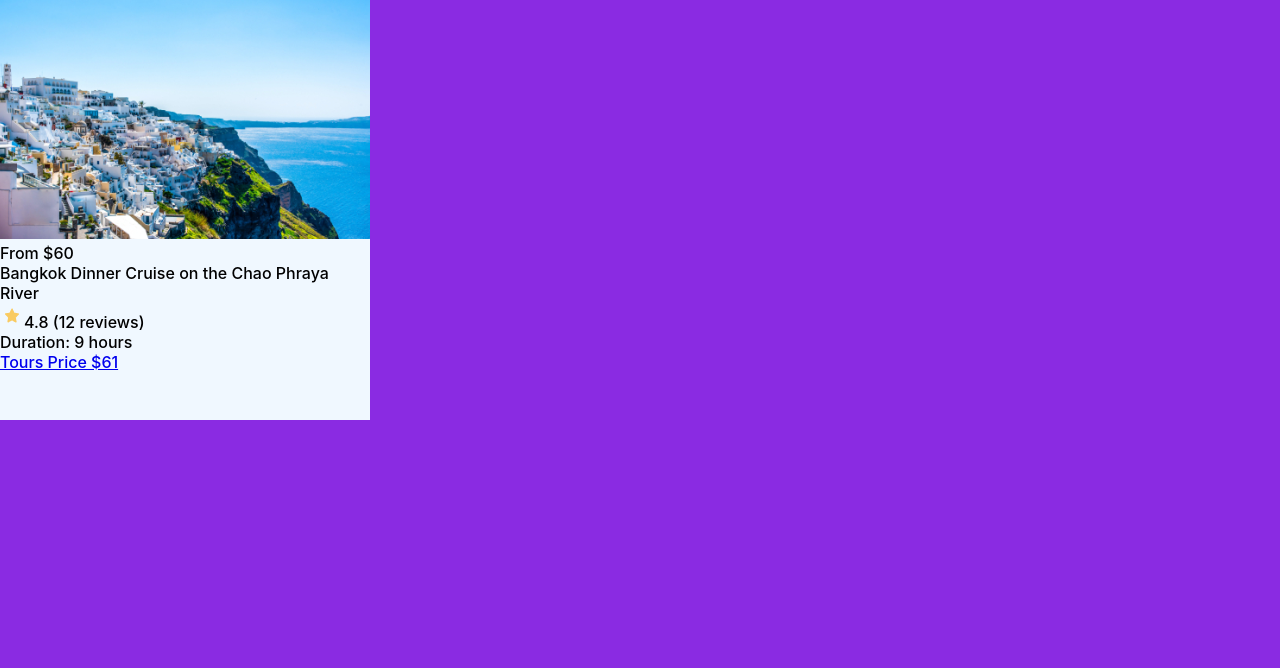
Repository: nguyentuankiet-k61/K_IT-demo
Page: index.html
The author's editor kept a copy of each file at every save. The page is drawn from the files as they stood at one save, then again after the next save.
The browser window is 1280 px wide. The pictures show the whole page.
Some web fonts or font styles are not loaded; a fallback is used.

Above is the page before, as saved 2022-09-25 12:25:00.

### index.html
<!DOCTYPE html>
<html lang="en">
<head>
    <meta charset="UTF-8">
    <meta http-equiv="X-UA-Compatible" content="IE=edge">
    <meta name="viewport" content="width=device-width, initial-scale=1.0">
    <title>HTML CSS Master</title>
    <link rel = "preconnect" href = "https://fonts.googleapis.com">
    <link rel = "preconnect" href = "https://fonts.gstatic.com" crossorigin>
    <link href = "https: //fonts.googleapis.com/css2? family = Inter: wght @ 500; 600 & display = swap "rel =" stylesheet ">
    <link rel="stylesheet" href="./CSS/app.css">
</head>
<body>
 <div class="">
    <div class="Tours">
        <!-- <div class="Tours_top">
            <img src="./image/img1.png" alt="this_is_image"/>From $40
        </div>
        <div class="Tours_content">

            <div class="Tours_titlle">Thailands Ayutthaya Temples
                Cruise from Bangkok</div>

            <div class="Tours_ratting">
                <div class="Tours_review">
                    <div class="Tours_review_count">
                        <img src="./image/img-star.png" alt="tours-ratting"/>4.8 (12 reviews)
                    </div>
                    <div class="Tours_Duration">Duration: 9 hours</div>
                </div>
            </div>
            <a href="https://www.facebook.com/kutooo" target="_blank"
            rel="noopener noreferrer" class="Tours-botton">Tours Price $61</a></br>
        <div class="Tours_top">
            <img src="./image/img1.png" alt="this_is_image"/>From $70
        </div>
        <div class="Tours_content">
            <div class="Tours_titlle">
                FLoating Markets Day Trip from
                Bangkok
            </div>
            <div class="Tours_ratting">
                <div class="Tours_review_count">
                    <img src="./image/img-star.png" alt="tours-ratting"/>4.8 (12 reviews)

                </div>
                <div class="Tours_Duration">
                    Duration: 9 hours
                </div>
            </div>
            <a href="https://www.facebook.com/kutooo" target="_blank"
            rel="noopener noreferrer"
            class="Tours_botton">Tours Price $61</a></br>
        </div>
        </div> -->
        <div class="Tours_top">
            <img src="./image/img3.png" alt="this_is_image"/>From $60
             <div class="Tours_content">
                <div class="Tours_titlle">
                    Bangkok Dinner Cruise on the
                    Chao Phraya River
                </div>
                <div class="Tours_ratting">
                    <div class="Tours_review_count">
                        <img src="./image/img-star.png" alt="tours-ratting"/>4.8 (12 reviews)

                    </div>
                    <div class="Tours_Ducatiom">
                        Duration: 9 hours
                    </div>
                </div>
               <a href="https://www.facebook.com/kutooo" target="_blank"
               rel="noopener noreferrer"
               class="Tours_botton">Tours Price $61</a>
            </div>
        </div>
    </div>
 </div>
</body>
</html>

### CSS/app.css
*{
    margin: 0;
    padding: 0;
    box-sizing: border-box;
}
body{
    font-family: 'Inter', sans-serif;
    font-weight: 500;
    background-color: blueviolet;
}
.Tours{
    width: 370px;
    height: 420px;
    background-color: aliceblue;
}
.Tours_content{{
    /* width: 330px;
    height:147px; */
    padding: 259px 20px 14px;
}}

After the next save:
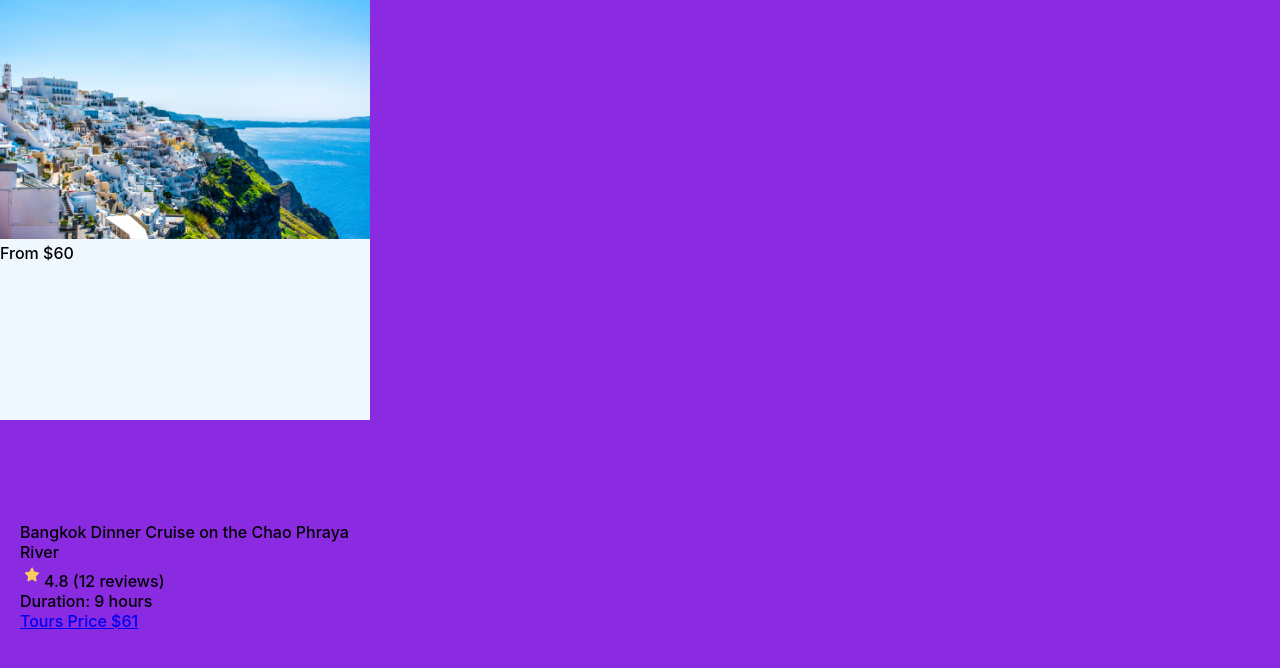
Saved 64 s later.
--- a/CSS/app.css
+++ b/CSS/app.css
@@ -13,8 +13,6 @@ body{
     height: 420px;
     background-color: aliceblue;
 }
-.Tours_content{{
-    /* width: 330px;
-    height:147px; */
+.Tours_content{
     padding: 259px 20px 14px;
-}}
+}
